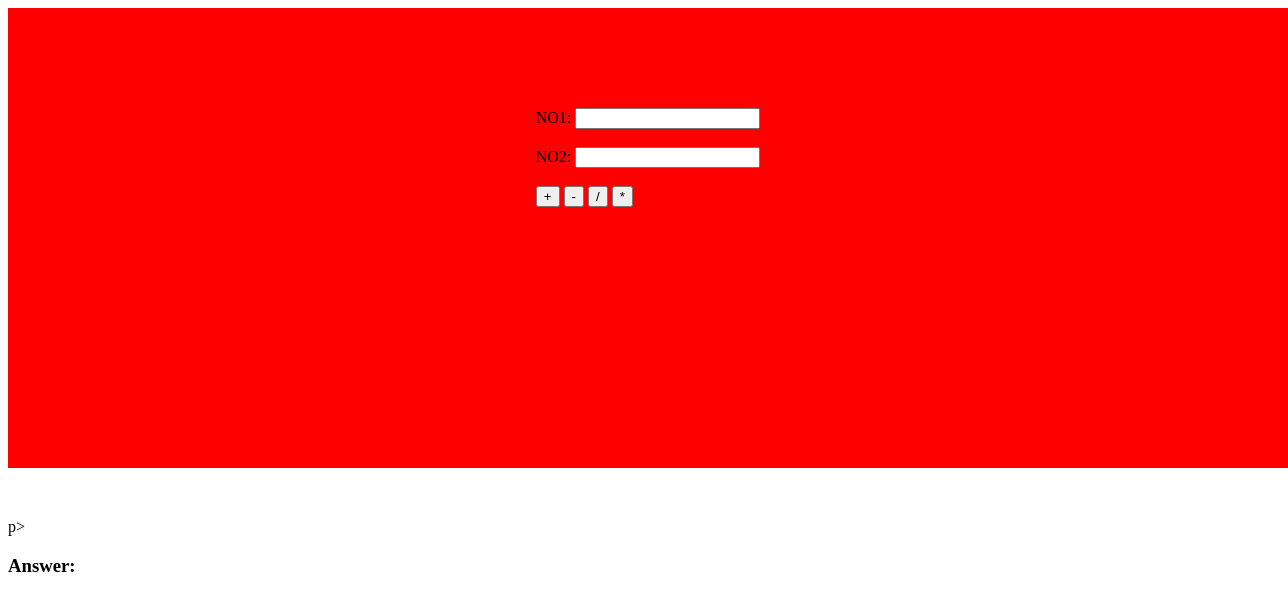
Repository: sajithmadushanka/simple-calculator-using-jsp
Page: http://localhost/simple_calculator/
The author's editor kept a copy of each file at every save. The page is drawn from the files as they stood at one save, then again after the next save.
The browser window is 1280 px wide. The page is 1288 px wide, so the pictures cover 1288 px, including what lies to the right of the window. The pictures show the whole page.
The page is served by Tomcat 9. Other server files are loaded and not shown.

Above is the page before, as saved 2023-09-19 09:19:45.

### simple_calculator/WebContent/index.jsp
<%@ page language="java" contentType="text/html; charset=ISO-8859-1"
    pageEncoding="ISO-8859-1"%>
<!DOCTYPE html>
<html>
<head>
<meta charset="ISO-8859-1">
<title>simple calculator</title>
<style>
	.main{
			background-color : red;
			width :100vw;
			height : 50vh;
			display: flex;
		    justify-content: center;
		   	padding-top:100px;
		}
</style>
</head>
<body>
	<div class ="main">
		<form>
			NO1: <input type="number" name = "no1"> <br> <br>
			NO2: <input type="number" name = "no2"> <br> <br>
			<input type = "button" name = "+" value= "+">
			<input type = "button" name = "-" value= "-">
			<input type = "button" name = "/" value= "/">
			<input type = "button" name = "*" value= "*"><br>
		</form>

	</div>
		<p>&nbsp &nbsp &nbsp &nbsp</p>p><h3 > Answer: </h3>
</body>
</html>

After the next save:
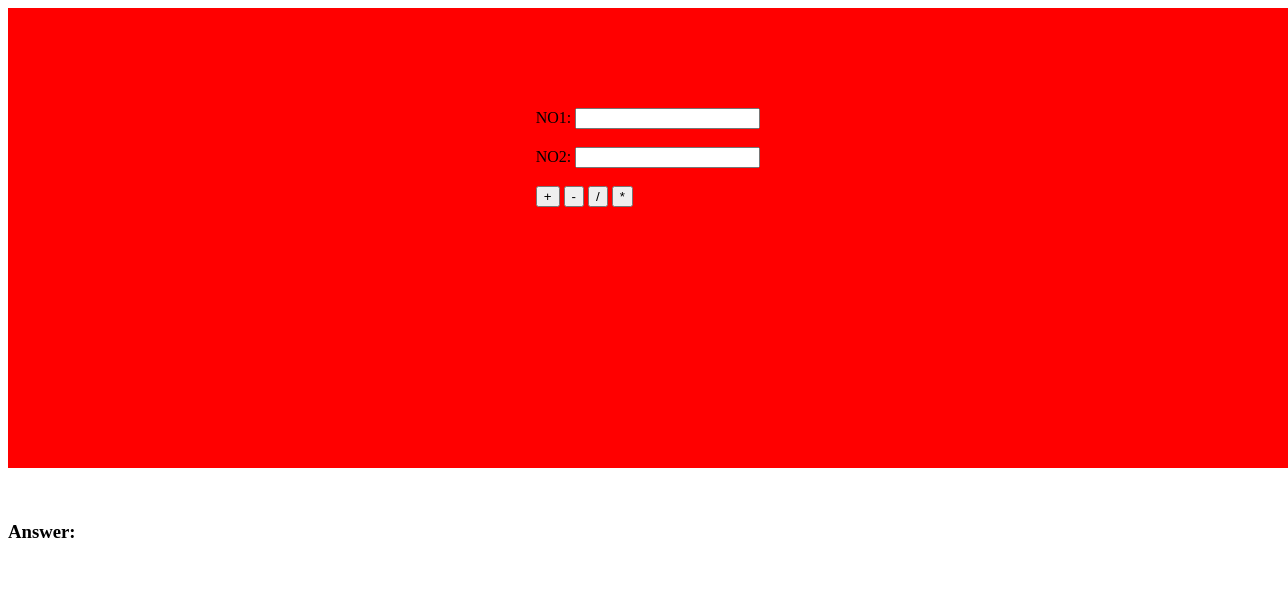
Saved 15 s later.
--- a/simple_calculator/WebContent/index.jsp
+++ b/simple_calculator/WebContent/index.jsp
@@ -28,6 +28,6 @@
 		</form>
 
 	</div>
-		<p>&nbsp &nbsp &nbsp &nbsp</p>p><h3 > Answer: </h3>
+		<p>&nbsp &nbsp &nbsp &nbsp</p><h3 > Answer: </h3>
 </body>
 </html>
